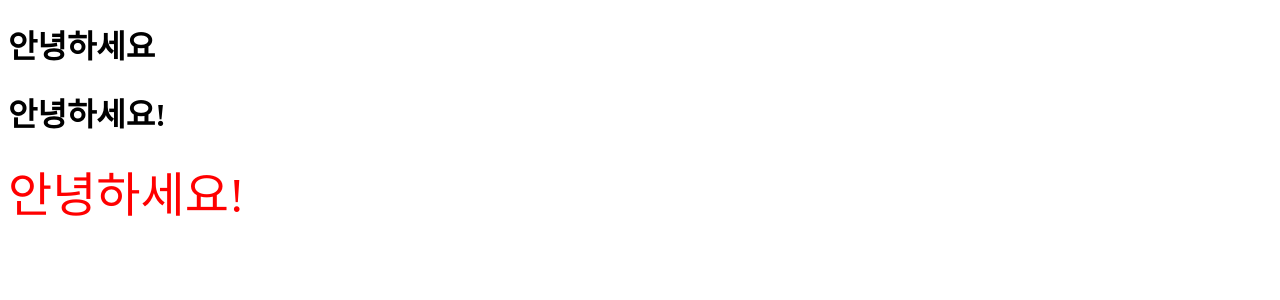
Repository: odasd/Ark-java
Page: 20200403/ex02/WebContent/ex1.html
An editor plug-in stored every save of this project. The page is shown before and after the next save, followed by the edit.
The browser window is 1280 px wide. The pictures show the whole page.

Above is the page before, as saved 2020-04-03 07:38:35.

After the next save:
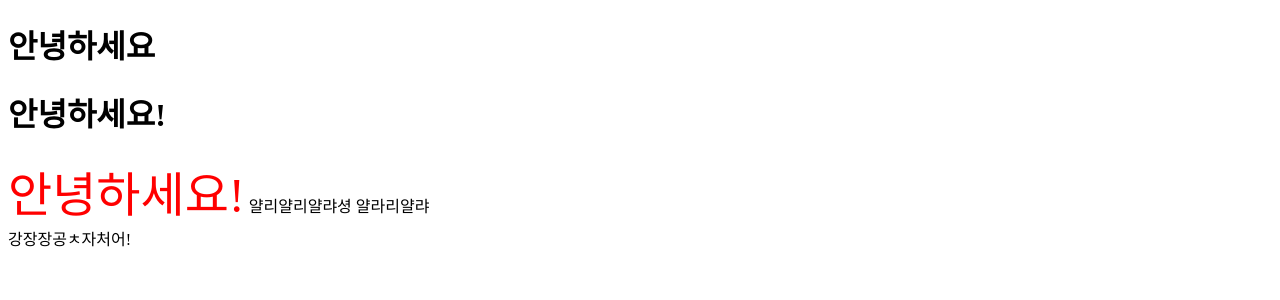
Saved 81 s later.
--- a/20200403/ex02/WebContent/ex1.html
+++ b/20200403/ex02/WebContent/ex1.html
@@ -8,5 +8,8 @@
 		<h1>안녕하세요</h1>
 		<h1>안녕하세요!</h1>
 		<font color="red" size=30>안녕하세요!</font>
+		얄리얄리얄랴셩 얄라리얄랴
+		<br>
+		강장장공ㅊ자처어!
 </body>
 </html>
